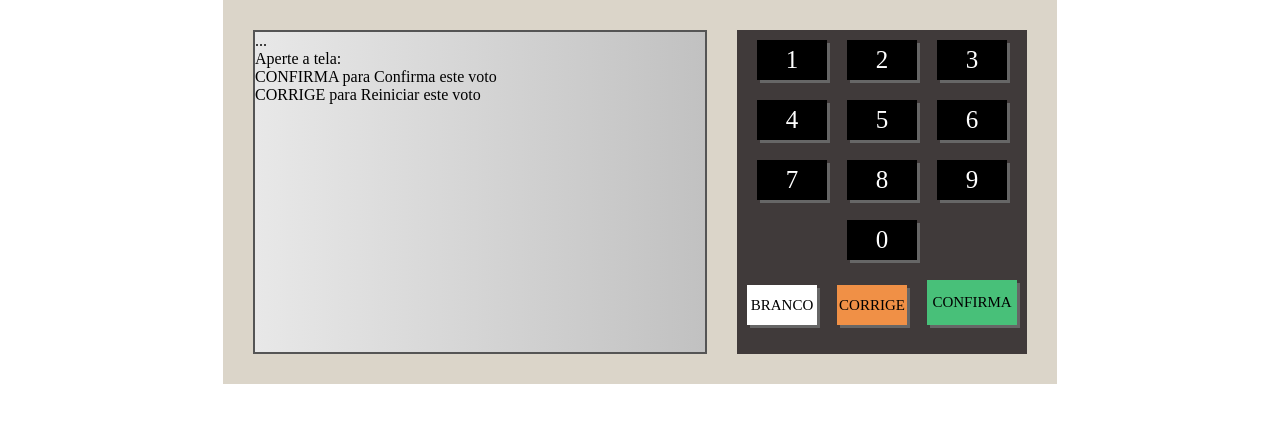
Repository: ThiagoIturra/urnaJs
Page: index.html
The author's editor kept a copy of each file at every save. The page is drawn from the files as they stood at one save, then again after the next save.
The browser window is 1280 px wide. The pictures show the whole page.

Above is the page before, as saved 2022-01-05 16:27:24.

### index.html
<!DOCTYPE html>
<html lang="pt-BR">
<header>
    <meta charset="UTF-8" />
    <meta name="viewport" content="width=device-width, initial-scale=1.0">
    <link rel="stylesheet" href="style.css">
    <title>Urna Eletrônica</title>
</header>
<body>
    <div class="urna">
        <div class="screen">
            <div class="division">...</div>
            <div class="division-2">
                Aperte a tela:<br/>
                CONFIRMA para Confirma este voto<br/>
                CORRIGE para Reiniciar este voto
            </div>
        </div>
        <div class="keyboard">
            <div class="keyboard--line">
                <div class="keyboard--button">1</div>
                <div class="keyboard--button">2</div>
                <div class="keyboard--button">3</div>
            </div>
            <div class="keyboard--line">
                <div class="keyboard--button">4</div>
                <div class="keyboard--button">5</div>
                <div class="keyboard--button">6</div>
            </div>
            <div class="keyboard--line">
                <div class="keyboard--button">7</div>
                <div class="keyboard--button">8</div>
                <div class="keyboard--button">9</div>
            </div>
            <div class="keyboard--line">
                <div class="keyboard--button">0</div>
            </div>
            <div class="keyboard--line">
                <div class="keyboard--button button--branco">BRANCO</div>
                <div class="keyboard--button button--corrige">CORRIGE</div>
                <div class="keyboard--button button--confirma">CONFIRMA</div>
            </div>
        </div>
    </div>
</body>
</html>

### style.css
body {
    margin: 0;
    display: flex;
    justify-content: center;
    align-items: center;
}

.urna {
    background-color: #dbd5c9;
    padding: 30px;
    display: flex;
}

.screen {
    width: 450px;
    height: 320px;
    background: linear-gradient(to right, #e8e8e8, #c1c1c1);
    border: 2px solid #555;
    display: flex;
    flex-direction: column;
}

.keyboard {
    background-color: #403A3A;
    margin-left: 30px;
}

.keyboard--line {
    display: flex;
    justify-content: center;
    align-items: flex-end;
}

.keyboard--button {
    width: 70px;
    height: 40px;
    background-color: #000;
    color: #fff;
    font-size: 25px;
    display: flex;
    justify-content: center;
    align-items: center;
    margin: 10px;
    cursor: pointer;
    box-shadow: 3px 3px 0px #666;
}

.button--branco {
    background-color: #fff;
    color: #000;
    font-size: 15px;
    cursor: pointer;
}

.button--corrige {
    background-color: #f09046;
    color: #000;
    font-size: 15px;
    cursor: pointer;
}

.button--confirma {
    background-color: #48c079;
    color: #000;
    font-size: 15px;
    cursor: pointer;
    width: 90px;
    height: 45px;
}

.division {

}

After the next save:
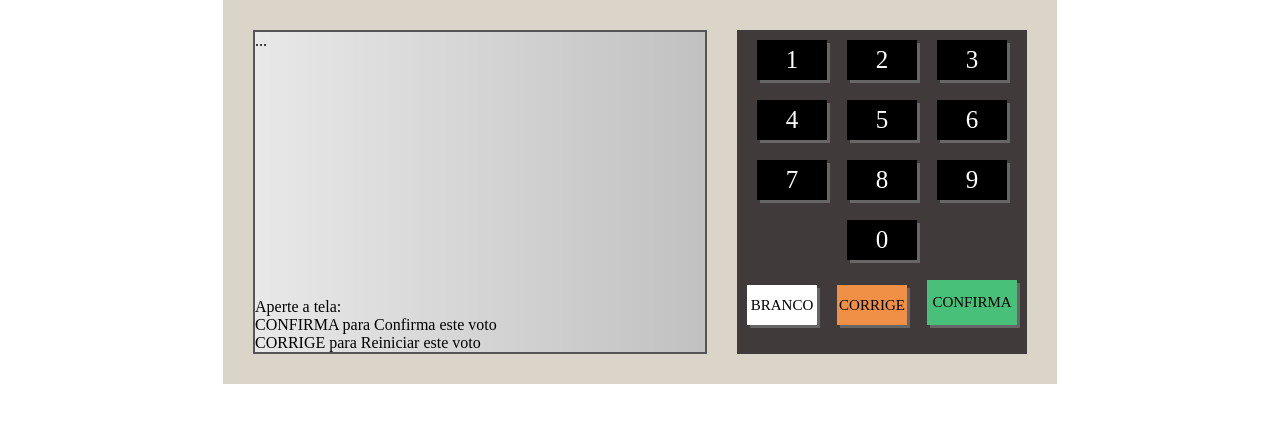
Saved 35 s later.
--- a/style.css
+++ b/style.css
@@ -69,5 +69,9 @@ body {
 }
 
 .division {
+    flex: 1;
+}
+
+.division-2 {
 
 }
